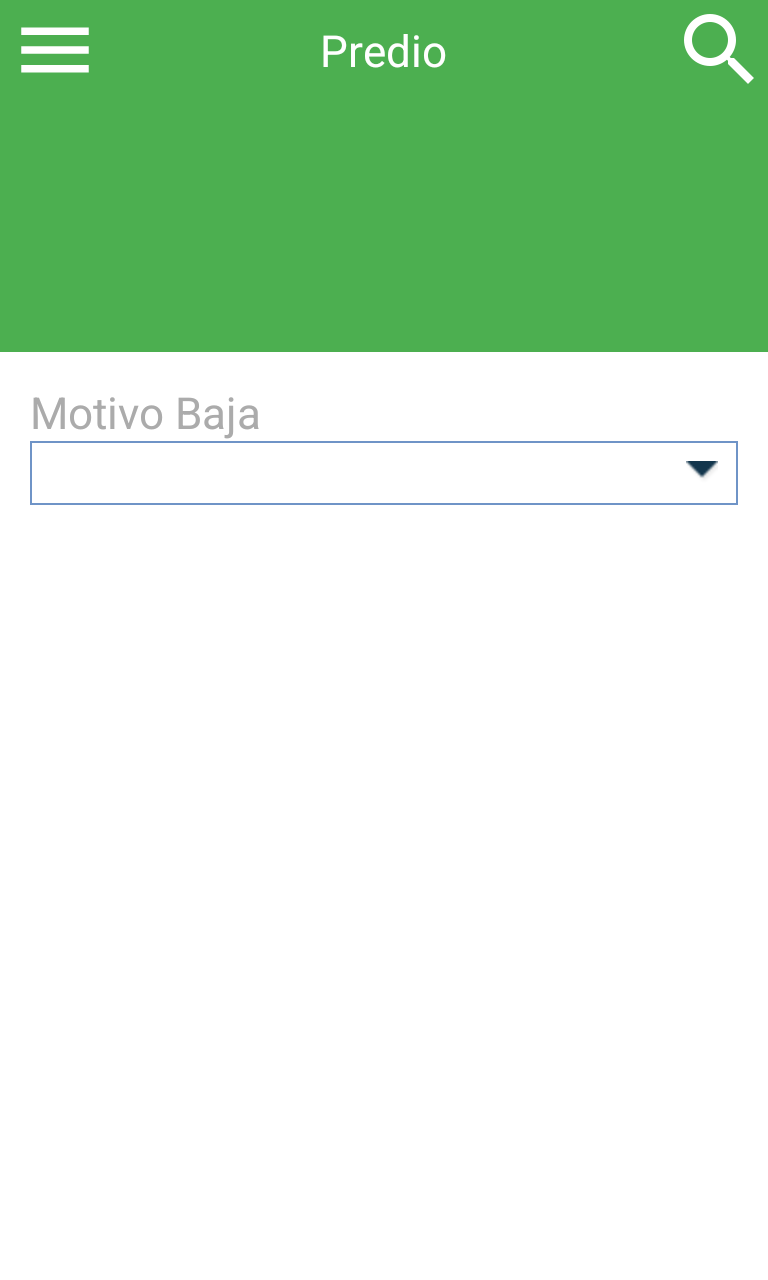
Repository: danielctf/Chilterra
Layout: Proyectos/Animales/res/layout/activity_baja_ganado.xml
These files come from the project's save history. The layout is drawn as it stood at one moment and after the next save; the edit follows.
It is drawn on a 768 x 1280 px phone screen (xhdpi) without system bars, with theme AppTheme; the app's code is not run.

Above is the layout before, as saved 2015-10-09 16:21:55.

### Proyectos/Animales/res/layout/activity_baja_ganado.xml
<LinearLayout xmlns:android="http://schemas.android.com/apk/res/android"
    xmlns:tools="http://schemas.android.com/tools"
    android:id="@+id/LinearLayout1"
    android:layout_width="match_parent"
    android:layout_height="match_parent"
    android:orientation="vertical"
    tools:context="cl.a2r.animales.BajaGanado" >

    <RelativeLayout
        android:layout_width="match_parent"
        android:layout_height="50dp"
        android:background="@color/green" >

        <ImageButton
            android:id="@+id/menu"
            android:layout_width="wrap_content"
            android:layout_height="wrap_content"
            android:layout_alignParentLeft="true"
            android:layout_centerVertical="true"
            android:layout_marginLeft="5dp"
            android:background="@null"
            android:src="@drawable/ic_navigation_menu" />

        <TextView
            android:id="@+id/predio"
            android:layout_width="wrap_content"
            android:layout_height="wrap_content"
            android:layout_centerHorizontal="true"
            android:layout_centerVertical="true"
            android:text="Predio"
            android:textAppearance="?android:attr/textAppearanceLarge"
            android:textColor="@color/white" />

        <ImageView
            android:id="@+id/logs"
            android:layout_width="wrap_content"
            android:layout_height="wrap_content"
            android:layout_alignParentRight="true"
            android:layout_centerVertical="true"
            android:src="@drawable/ic_search_white_48dp" />
    </RelativeLayout>

    <RelativeLayout
        android:layout_width="match_parent"
        android:layout_height="wrap_content"
        android:background="@color/green"
        android:layout_weight="0.2" >

        <TextView
            android:id="@+id/despliegaDiio"
            android:layout_width="wrap_content"
            android:layout_height="wrap_content"
            android:layout_centerHorizontal="true"
            android:layout_centerVertical="true"
            android:text=""
            android:textAppearance="?android:attr/textAppearanceLarge" />

    </RelativeLayout>

    <RelativeLayout
        android:layout_width="match_parent"
        android:layout_height="wrap_content"
        android:layout_weight="0.8" >

        <TextView
            android:id="@+id/textView1"
            android:layout_width="wrap_content"
            android:layout_height="wrap_content"
            android:layout_alignParentLeft="true"
            android:layout_alignParentTop="true"
            android:layout_marginLeft="15dp"
            android:layout_marginTop="15dp"
            android:text="Motivo Baja"
            android:textColor="#ababab"
            android:textAppearance="?android:attr/textAppearanceLarge" />

        <Spinner
            android:id="@+id/motivoBaja"
            android:layout_width="match_parent"
            android:layout_height="wrap_content"
            android:layout_alignLeft="@+id/textView1"
            android:layout_marginRight="15dp"
            android:background="@drawable/shape_drop_down_normal"
            android:layout_below="@+id/textView1" />

    </RelativeLayout>

</LinearLayout>

### Proyectos/Animales/res/values/colors.xml
<?xml version="1.0" encoding="utf-8"?>
<resources>
    <color name="red">#ffff0000</color>
    <color name="darkred">#b22222</color>
    <color name="white">#ffffff</color>
    <color name="gris">#cccccc</color>
    <color name="green">#4caf50</color>
</resources>

### Proyectos/Animales/res/drawable/shape_drop_down_normal.xml
<?xml version="1.0" encoding="utf-8"?>
<layer-list xmlns:android="http://schemas.android.com/apk/res/android" >
<item>
    <shape>
        <solid android:color="@android:color/transparent" />

        <stroke
            android:width="1dp"
            android:color="#6f94c7" />

        <padding
            android:bottom="10dp"
            android:left="2dp"
            android:right="10dp"
            android:top="10dp" />
    </shape>
</item>
<item>
    <bitmap
        android:gravity="end"
        android:src="@drawable/sm_tooltip_arrow" />
</item>
</layer-list>

Loaded but not shown: Proyectos/Animales/res/values/styles.xml (common file); Proyectos/Animales/res/values-v11/styles.xml (common file); Proyectos/Animales/res/values-v14/styles.xml (common file)

After the next save:
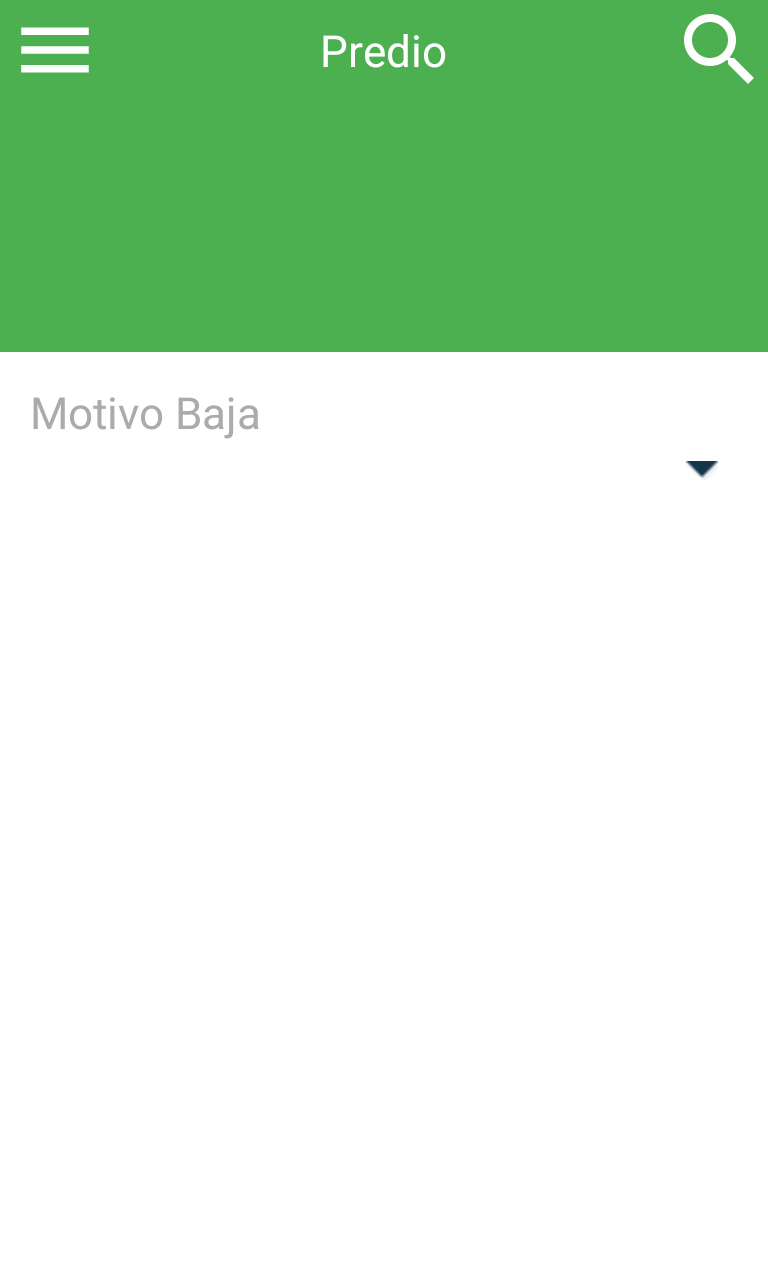
Saved 5 s later.
--- a/Proyectos/Animales/res/drawable/shape_drop_down_normal.xml
+++ b/Proyectos/Animales/res/drawable/shape_drop_down_normal.xml
@@ -2,11 +2,8 @@
 <layer-list xmlns:android="http://schemas.android.com/apk/res/android" >
 <item>
     <shape>
-        <solid android:color="@android:color/transparent" />
 
-        <stroke
-            android:width="1dp"
-            android:color="#6f94c7" />
+
 
         <padding
             android:bottom="10dp"
